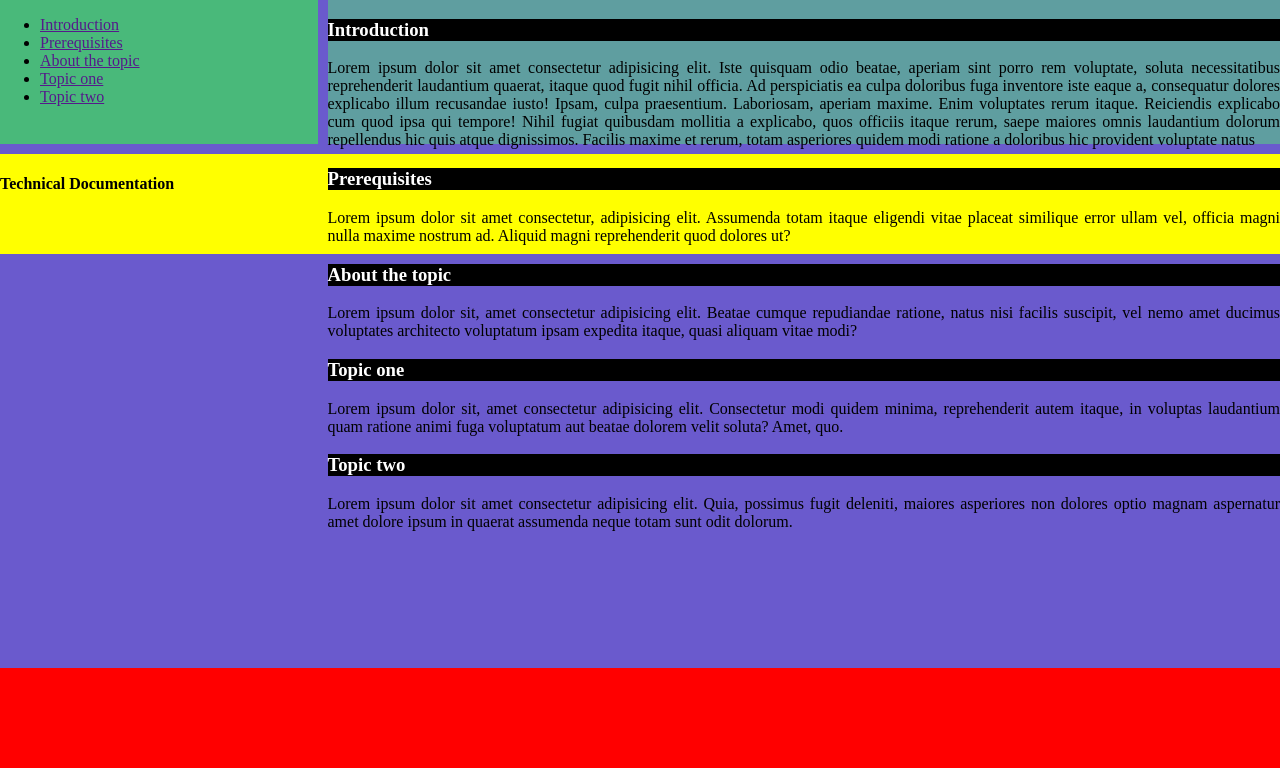
Repository: JoaoLemesDEV/Excercise-Tech-Documentation-Page
Page: index.html
These files come from the project's save history. The page is drawn as it stood at one moment and after the next save; the edit follows.
The browser window is 1280 px wide. The pictures show the whole page.

Above is the page before, as saved 2021-10-03 21:47:46.

After the next save:
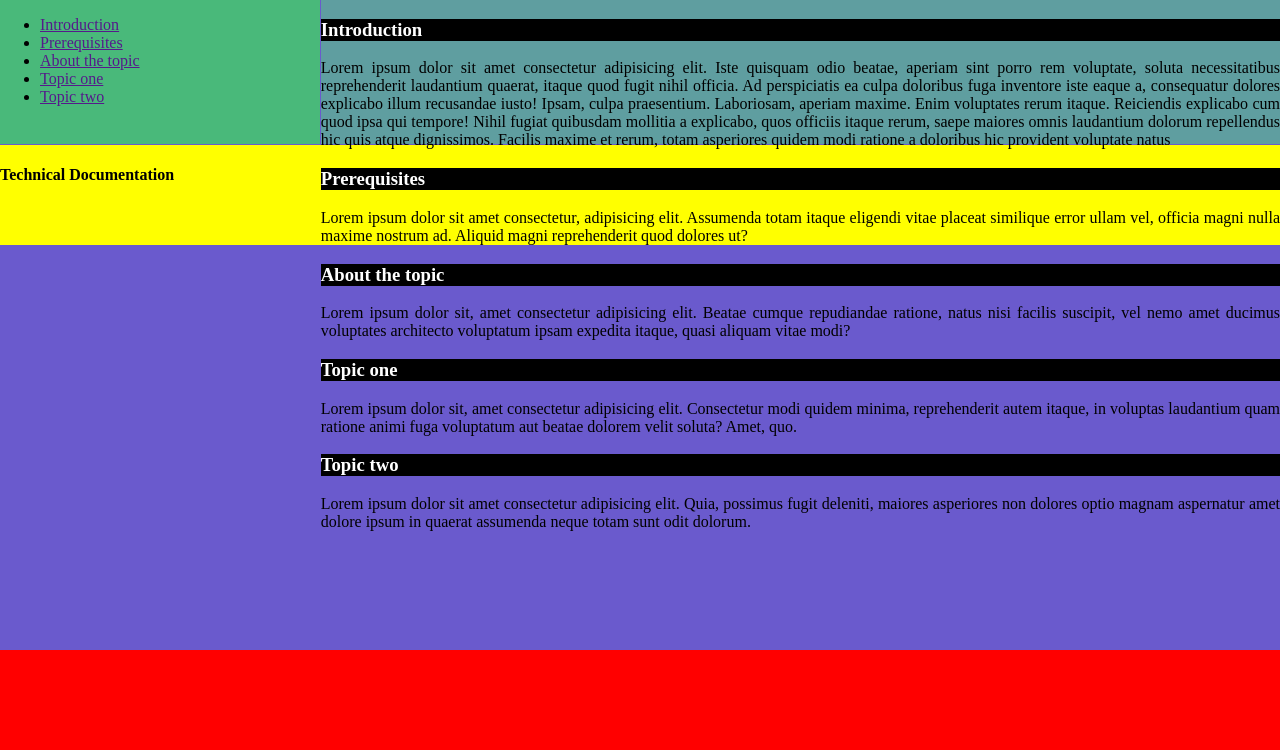
Saved 4 s later.
--- a/index.css
+++ b/index.css
@@ -9,7 +9,7 @@ html body{
     display: grid;
     grid-template-columns: 1fr 3fr;
     grid-template-rows: 20vh 70vh 10vh;
-    grid-gap: 10px ;
+    grid-gap: 1px ;
 }
 
 header{
